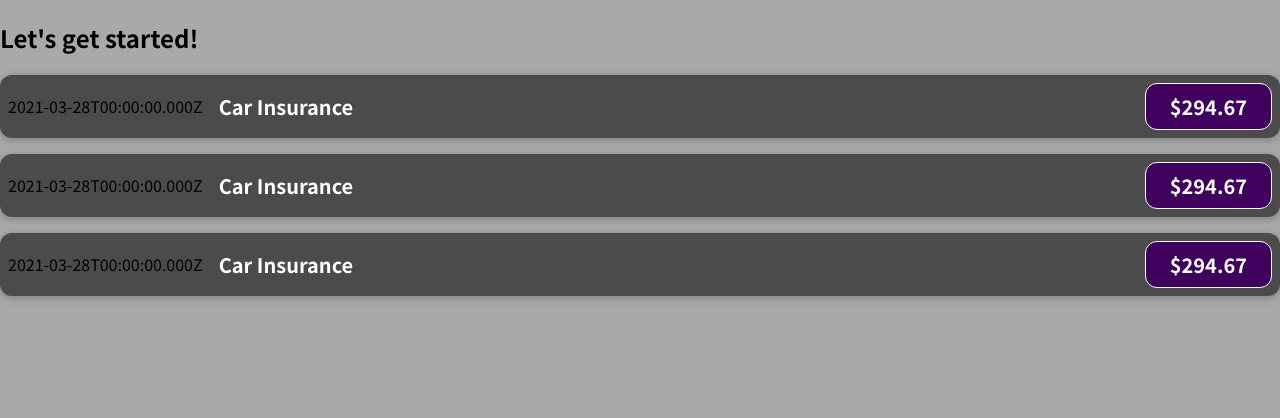
Repository: otvertka/MSC
Page: /
An editor plug-in stored every save of this project. The page is shown before and after the next save, followed by the edit.
The browser window is 1280 px wide. The pictures show the whole page.
The project was rebuilt for these pictures with package versions that can differ from the ones it lists, and the page was loaded fresh each time.

Above is the page before, as saved 2023-06-17 13:25:40.

### src/index.css
@import url("https://fonts.googleapis.com/css2?family=Noto+Sans+JP:wght@400;700&display=swap");

* {
  box-sizing: border-box;
}

html {
  font-family: "Noto Sans JP", sans-serif;
}

body {
  margin: 0;
  background-color: #aaa9a9;
}

### src/App.js
import ExpenseItem from "./components/ExpenseItem";

function App() {
  const expenses = [
    {
      id: "e1",
      title: "Toilet Paper",
      amount: 94.12,
      date: new Date(2020, 7, 14),
    },
    { id: "e2", title: "New TV", amount: 799.49, date: new Date(2021, 2, 12) },
    {
      id: "e3",
      title: "Car Insurance",
      amount: 294.67,
      date: new Date(2021, 2, 28),
    },
    {
      id: "e4",
      title: "New Desk (Wooden)",
      amount: 450,
      date: new Date(2021, 5, 12),
    },
  ];
  return (
    <div>
      <h2>Let's get started!</h2>
      <ExpenseItem
        title={expenses[0].title}
        amount={expenses[0].amount}
        date={expenses[0].date}
      />
      <ExpenseItem
        title={expenses[1].title}
        amount={expenses[1].amount}
        date={expenses[1].date}
      />
      <ExpenseItem
        title={expenses[2].title}
        amount={expenses[2].amount}
        date={expenses[2].date}
      />
    </div>
  );
}

export default App;

### src/components/ExpenseItem.js
import "./ExpenseItem.css";

function ExpenseItem() {
  const expenseDate = new Date(2021, 2, 28);
  const expenseTitle = "Car Insurance";
  const expenseAmount = 294.67;

  return (
    //
    <div className="expense-item">
      <div>{expenseDate.toISOString()}</div>
      <div className="expense-item__description">
        <h2>{expenseTitle}</h2>
        <div className="expense-item__price">${expenseAmount}</div>
      </div>
    </div>
  );
}

export default ExpenseItem;

### src/components/ExpenseItem.css
.expense-item {
  display: flex;
  justify-content: space-between;
  align-items: center;
  box-shadow: 0 2px 8px rgba(0, 0, 0, 0.25);
  padding: 0.5rem;
  margin: 1rem 0;
  border-radius: 12px;
  background-color: #4b4b4b;
}

.expense-item__description {
  display: flex;
  flex-direction: column;
  gap: 1rem;
  align-items: flex-end;
  flex-flow: column-reverse;
  justify-content: flex-start;
  flex: 1;
}

.expense-item h2 {
  color: #3a3a3a;
  font-size: 1rem;
  flex: 1;
  margin: 0 1rem;
  color: white;
}

.expense-item__price {
  font-size: 1rem;
  font-weight: bold;
  color: white;
  background-color: #40005d;
  border: 1px solid white;
  padding: 0.5rem;
  border-radius: 12px;
}

@media (min-width: 580px) {
  .expense-item__description {
    flex-direction: row;
    align-items: center;
    justify-content: flex-start;
    flex: 1;
  }

  .expense-item__description h2 {
    font-size: 1.25rem;
  }

  .expense-item__price {
    font-size: 1.25rem;
    padding: 0.5rem 1.5rem;
  }
}

Loaded but not shown: public/index.html (common file); src/index.js (common file)

After the next save:
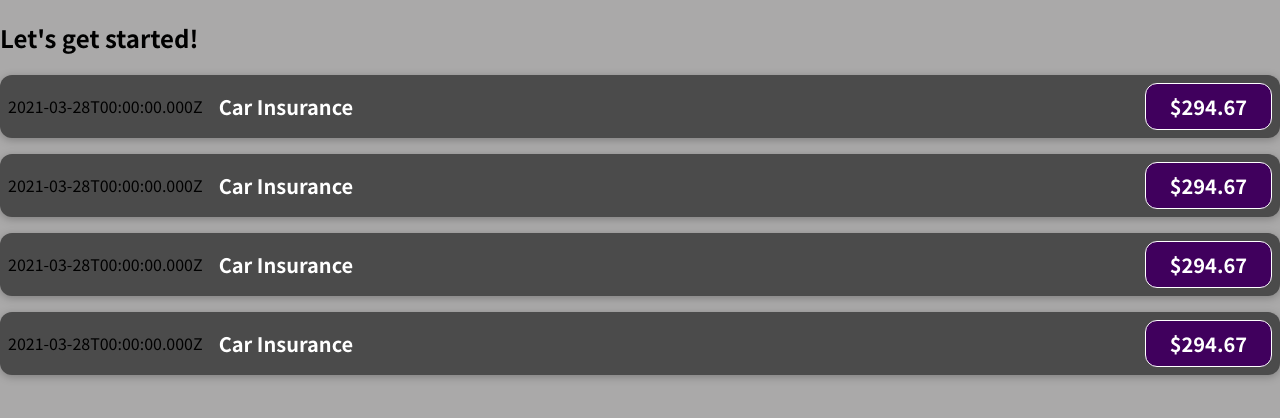
Saved 25 s later.
--- a/src/App.js
+++ b/src/App.js
@@ -40,6 +40,11 @@ function App() {
         amount={expenses[2].amount}
         date={expenses[2].date}
       />
+      <ExpenseItem
+        title={expenses[3].title}
+        amount={expenses[3].amount}
+        date={expenses[3].date}
+      />
     </div>
   );
 }
